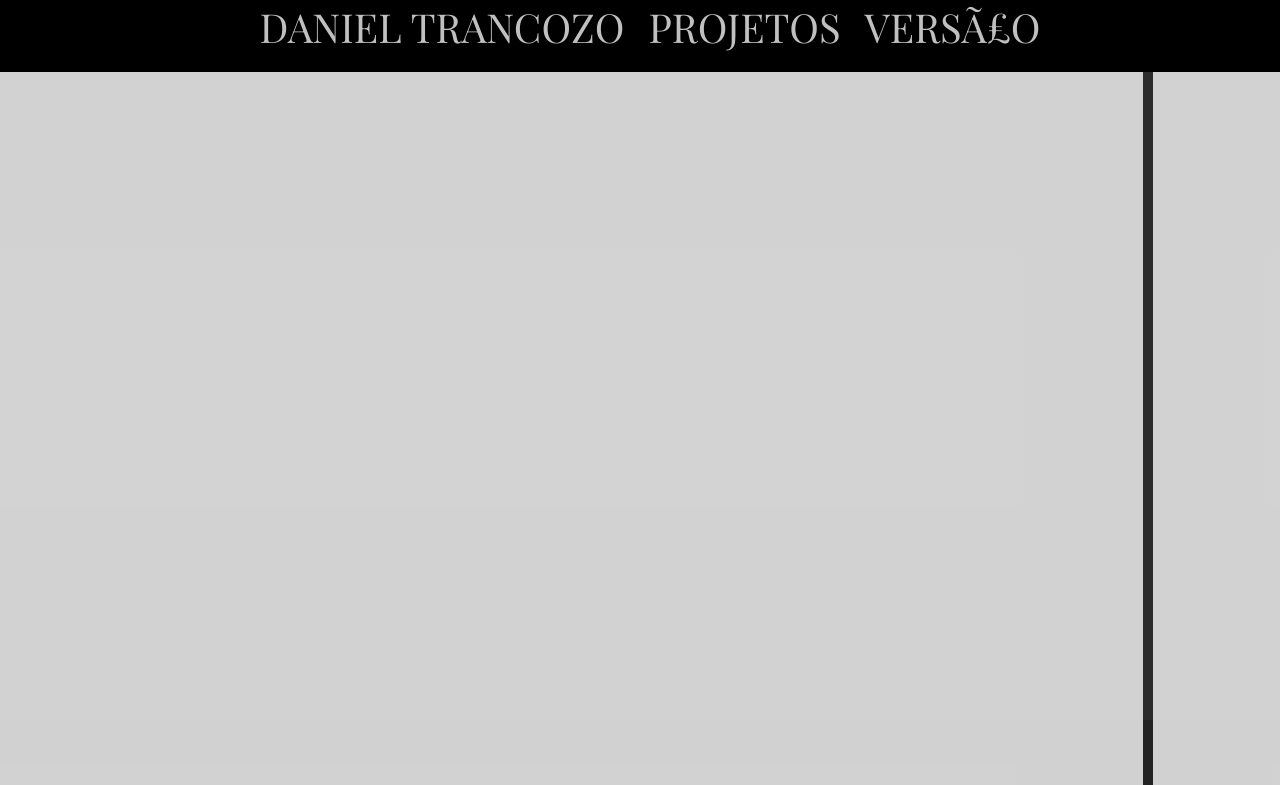
Repository: danieltrancozo/danieltrancozo.github.io
Page: index.html
These files come from the project's save history. The page is drawn as it stood at one moment and after the next save; the edit follows.
The browser window is 1280 px wide. The pictures show the whole page.

Above is the page before, as saved 2021-05-05 18:59:13.

### index.html
<!DOCTYPE html>
<meta charset="UFT-8">
<meta name="lenguage" content="pt-br">
<meta name="autor" content="Daniel Trancozo Vianna">
<meta name="description" content="Portifolio de Desenvolvedor Web">
<meta name="keywords" content="HTML, CSS, JS, web development, portifolio">
<html>

<head>
    <title>Minha P&aacutegina</title>
    <link rel="stylesheet" type="text/css" href="css/estilo3.css">
    <link rel="preconnect" href="https://fonts.gstatic.com">
    <link href="https://fonts.googleapis.com/css2?family=Playfair+Display&family=Roboto+Slab&display=swap" rel="stylesheet">
    <script>
    </script>
</head>
<body>
    <div class="container">
        <div class="cab">
            <nav class="menu">
                <ul>
                    <li><button>daniel trancozo</button></li>
                    <li><button>projetos</button></li>
                    <li><button>versão</button></li>
                </ul>
            </nav>
        </div>
        <div class="corp">
            <main></main>
            <aside></aside>
        </div>
    </div>
    <div class="t2"></div>
</body>
</html>

### css/estilo3.css
@import url('https://fonts.googleapis.com/css2?family=Playfair+Display&family=Roboto+Slab&display=swap');
* {
    margin: 0;
    padding: 0;
}
body{
    background-color: rgba(0, 0, 0, 0.863);
    color: antiquewhite;
    text-align: center;
}
.container{
    background-color: transparent;
    display: flex;
    flex-direction: column;
}
.cab{
    background-color: black;
    color: silver;
    font-family: 'Playfair Display', serif;
    height: 10%;
    width: 100%;
    position: absolute;
}
.manu ul{
    text-align: center;
    border-color: transparent;
    list-style: none;
}
.menu ul li{
    display: inline;
}
.menu ul li button{
    border: none;
    text-transform: uppercase;
    font-family: 'Playfair Display', serif;
    height: 100%;
    font-size: 30pt;
    margin-left: 20px;
    cursor: pointer;
    height: 50;
    background-color: transparent;
    color: silver;
}
.corp{
    background-color: rgb(44, 44, 44);
    color: ghostwhite;
    font-family: 'Roboto Slab', serif;
    height: 90%;
    width: 100%;
    position: absolute;
    top: 10%;
    display: grid;
    grid-template-columns: 9fr 1fr;
    grid-template-rows: 99vh;
    grid-gap: 10px;
    grid-template-areas: "main aside";
}
main, aside{
    background-color: rgba(233, 233, 233, 0.884);
    color: black;
}
main{
    grid-area: main;
}
aside{
    grid-area: aside;
}
.t2{
    background-color: transparent;
    width: 100%;
    height: 100%;
    visibility: hidden;
}

After the next save:
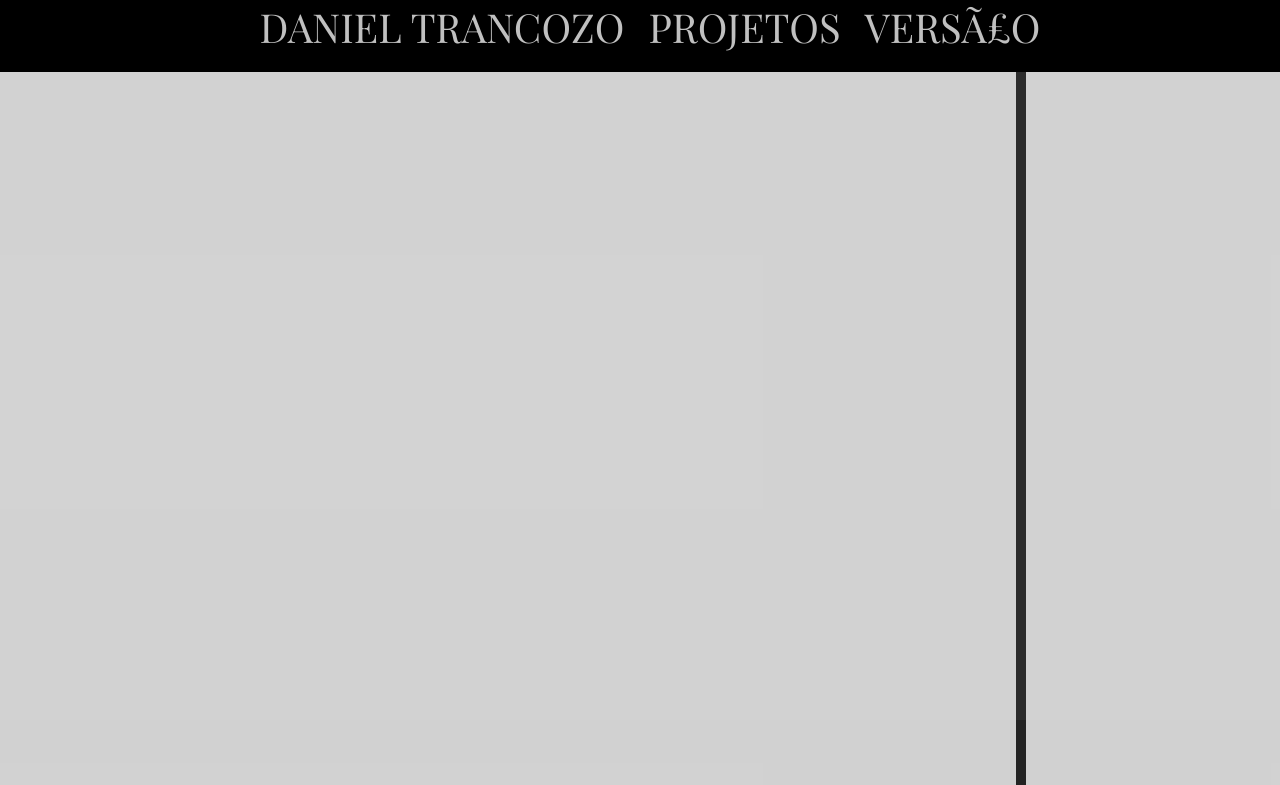
Saved 103 s later.
--- a/css/estilo3.css
+++ b/css/estilo3.css
@@ -50,7 +50,7 @@ body{
     position: absolute;
     top: 10%;
     display: grid;
-    grid-template-columns: 9fr 1fr;
+    grid-template-columns: 4fr 1fr;
     grid-template-rows: 99vh;
     grid-gap: 10px;
     grid-template-areas: "main aside";
